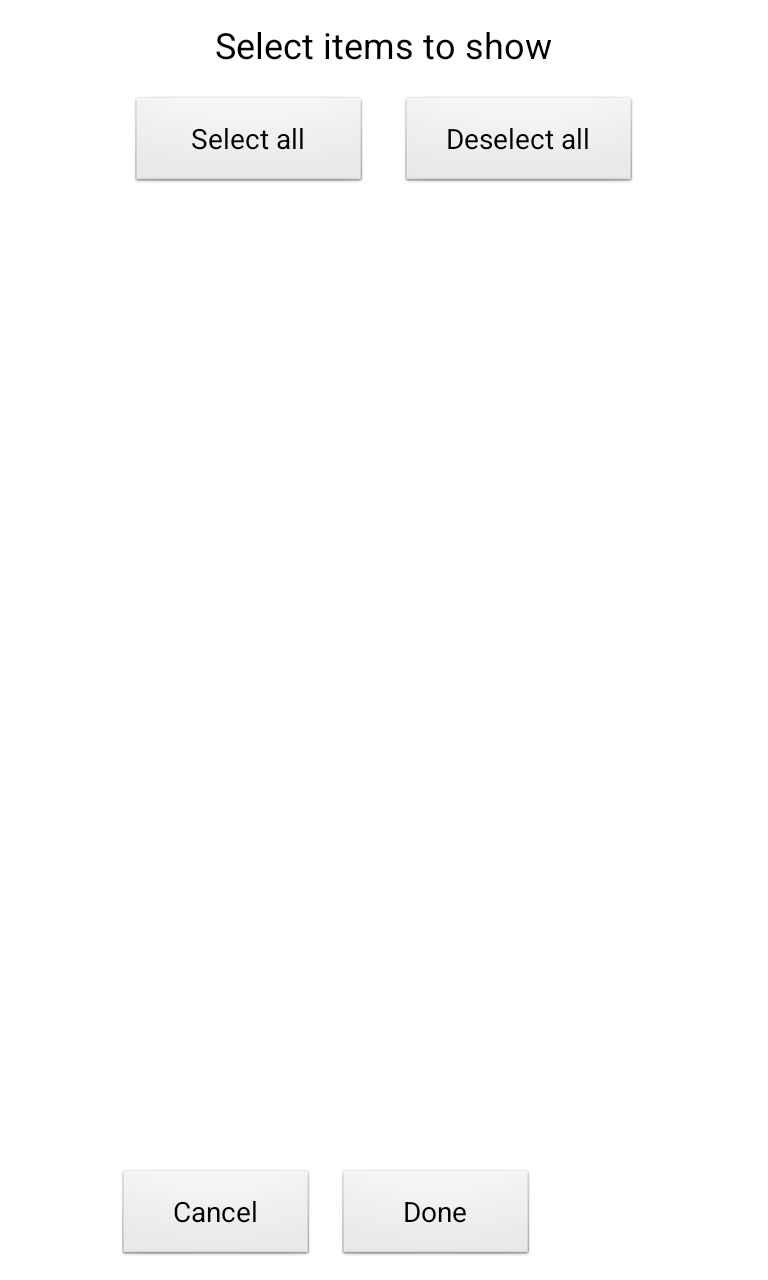
Repository: hakehuang/FITII
Layout: KinetisList/STM32List/res/layout/column_selector.xml
These files come from the project's save history. The layout is drawn as it stood at one moment and after the next save; the edit follows.
It is drawn on a 768 x 1280 px phone screen (xhdpi) without system bars, with theme android:Theme.Light.NoTitleBar; the app's code is not run.

Above is the layout before, as saved 2013-09-26 06:46:07.

After the next save:
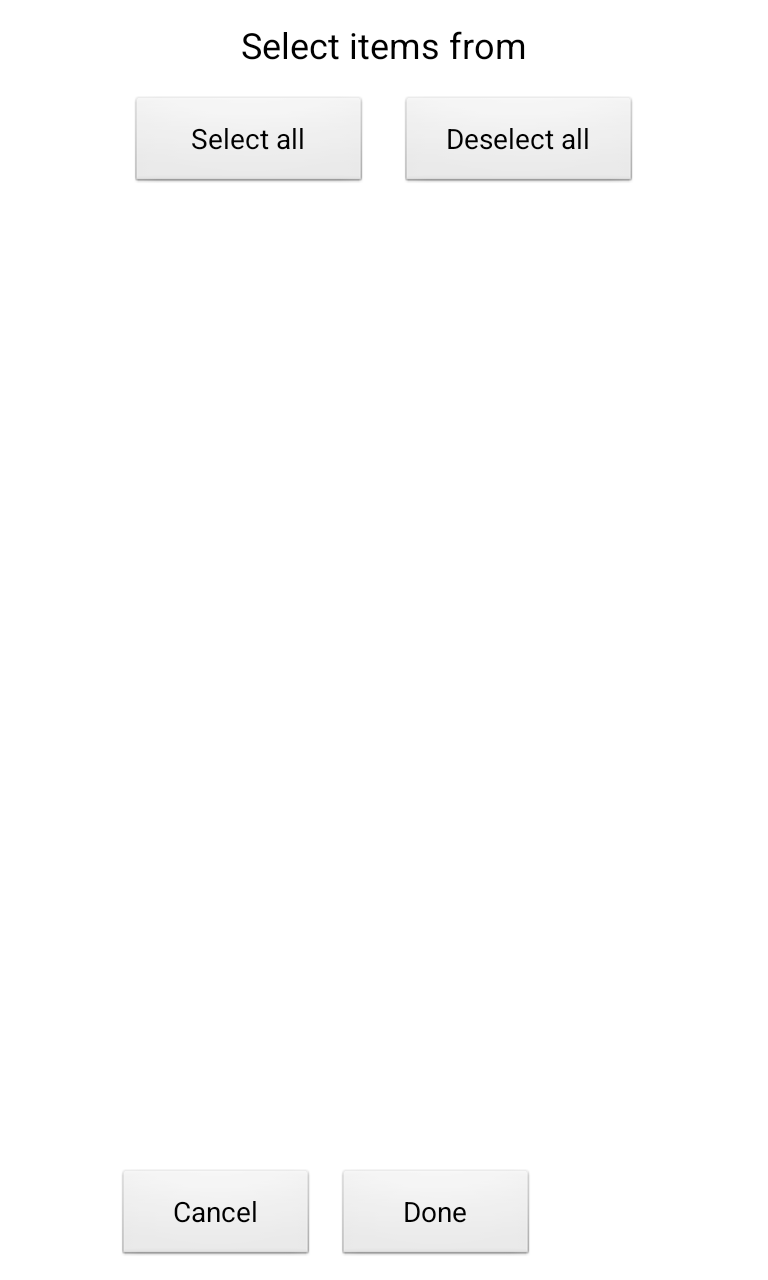
Saved 2 min 25 s later.
--- a/KinetisList/STM32List/res/layout/column_selector.xml
+++ b/KinetisList/STM32List/res/layout/column_selector.xml
@@ -78,7 +78,7 @@
         android:layout_height="wrap_content"
         android:layout_above="@id/action_buttons"
         android:layout_below="@id/button_allitem"
-        android:layout_marginRight="10dp" >
+        android:layout_marginRight="8dp" >
 
     	<TableLayout
     	    android:id="@+id/selector_table"
--- a/KinetisList/STM32List/res/values/strings.xml
+++ b/KinetisList/STM32List/res/values/strings.xml
@@ -12,6 +12,6 @@
     <string name="blank_text"> </string>
     <string name="select_all">Select all</string>
     <string name="deselect_all">Deselect all</string>
-	<string name="select_column_title">Select columns to show</string>
-	<string name="select_selector_title">Select items to show</string>
+	<string name="select_column_title">Select columns from </string>
+	<string name="select_selector_title">Select items from</string>
 </resources>
